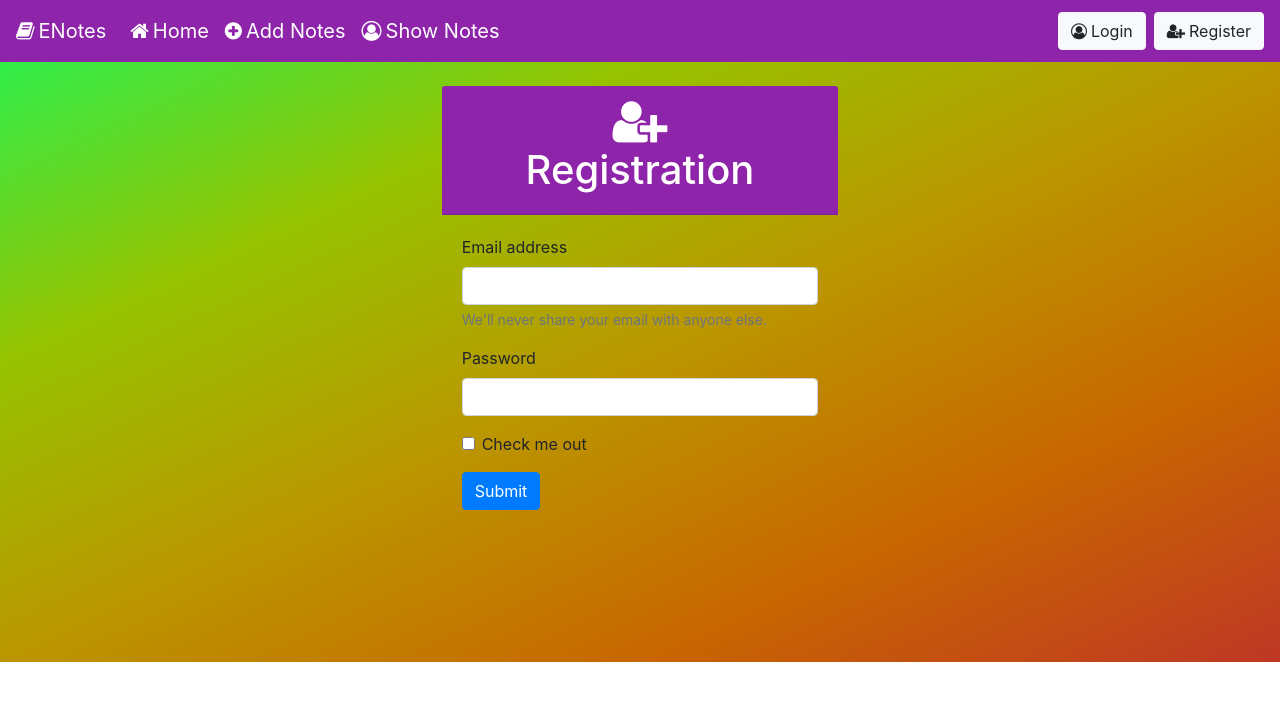
Repository: Bansal140899/eclipse-workspace
Page: http://localhost/ENotesProject/register.jsp
The author's editor kept a copy of each file at every save. The page is drawn from the files as they stood at one save, then again after the next save.
The browser window is 1280 px wide. The pictures show the whole page.
The page is served by Tomcat 9.

Above is the page before, as saved 2025-12-21 22:08:53.

After the next save:
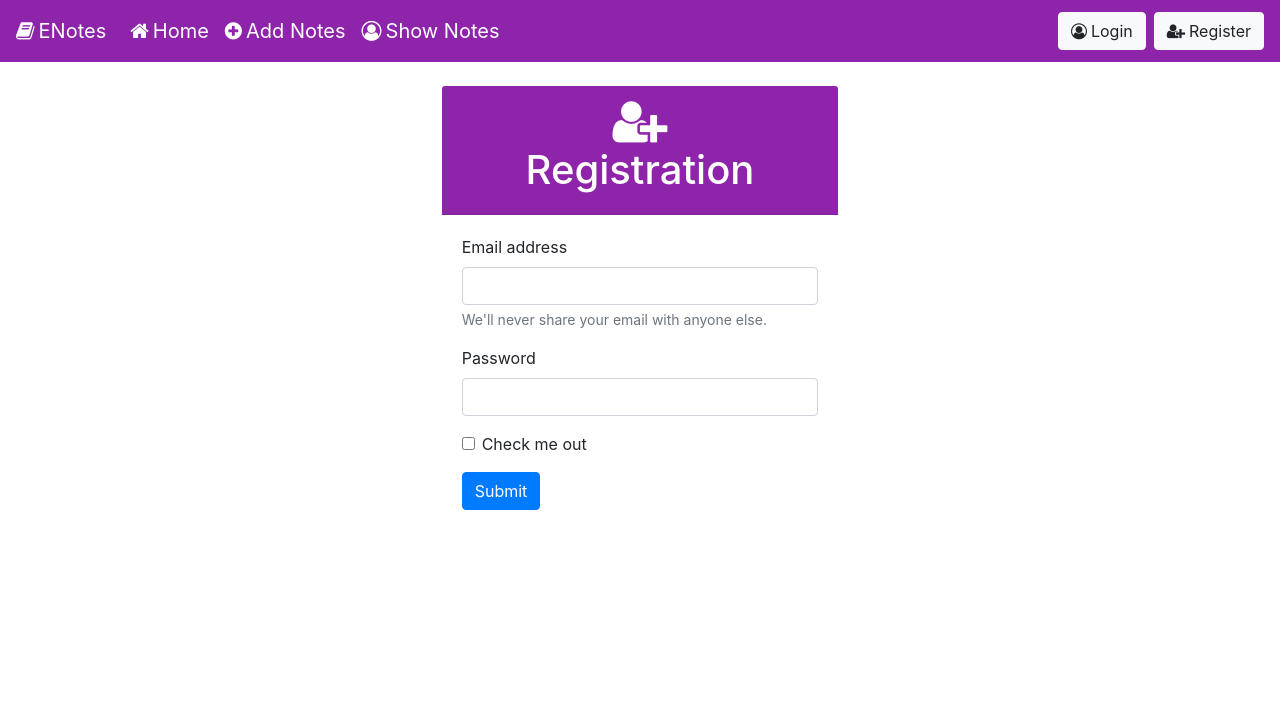
Saved 47 s later.
--- a/ENotesProject/src/main/webapp/register.jsp
+++ b/ENotesProject/src/main/webapp/register.jsp
@@ -9,7 +9,7 @@
 <body>
 	<%@include file="All_Component/allcss.jsp"%>
 	<%@include file="All_Component/navbar.jsp"%>
-	<div class="container-fluid div-color">
+	<div class="container-fluid div">
 		<div class="row">
 			<div class="col-md-4 offset-md-4">
               <div  class="text-center text-white mt-4">

After the save that followed:
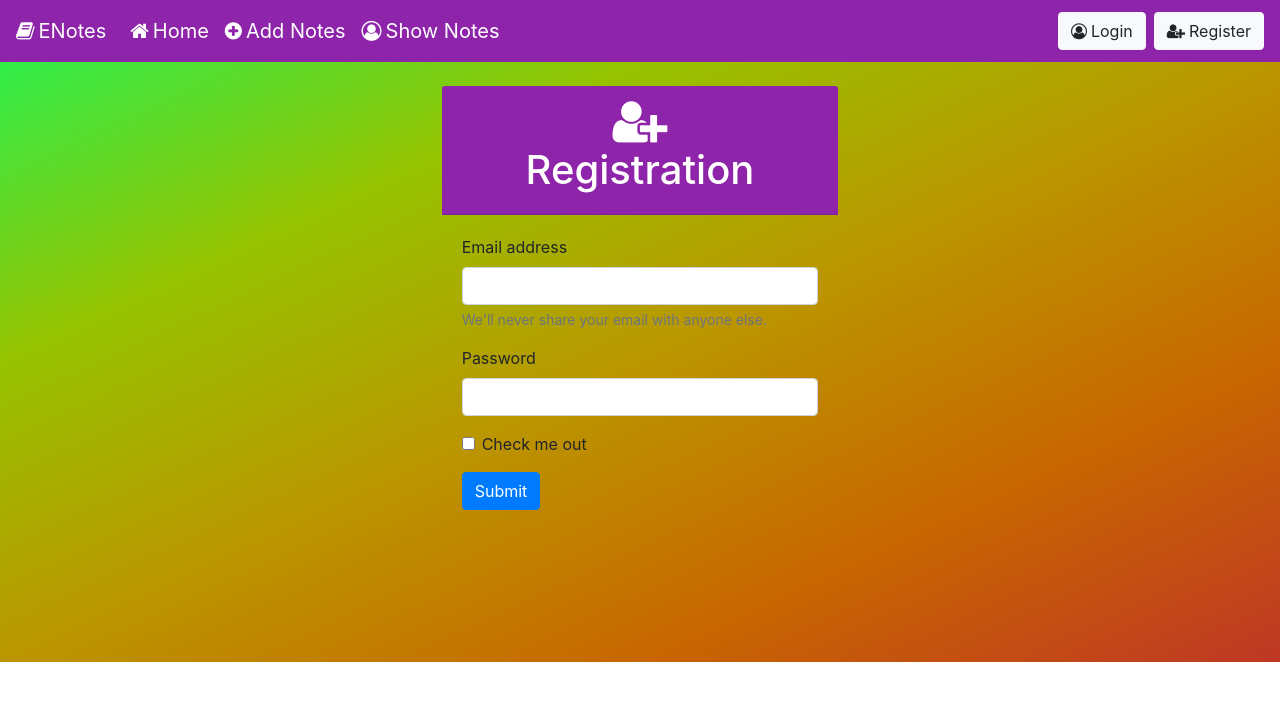
Saved 7 s later.
--- a/ENotesProject/src/main/webapp/css/style.css
+++ b/ENotesProject/src/main/webapp/css/style.css
@@ -12,7 +12,7 @@
     border-radius:10px;
 }
 
-.div-color{
+.div{
 	background-image: linear-gradient(to right top, #051937, #004d7a, #008793, #00bf72, #a8eb12);background-image: linear-gradient(to right bottom, #30ed49, #96c300, #bb9600, #c86600, #bf3725);
 	height:600px;
 }
